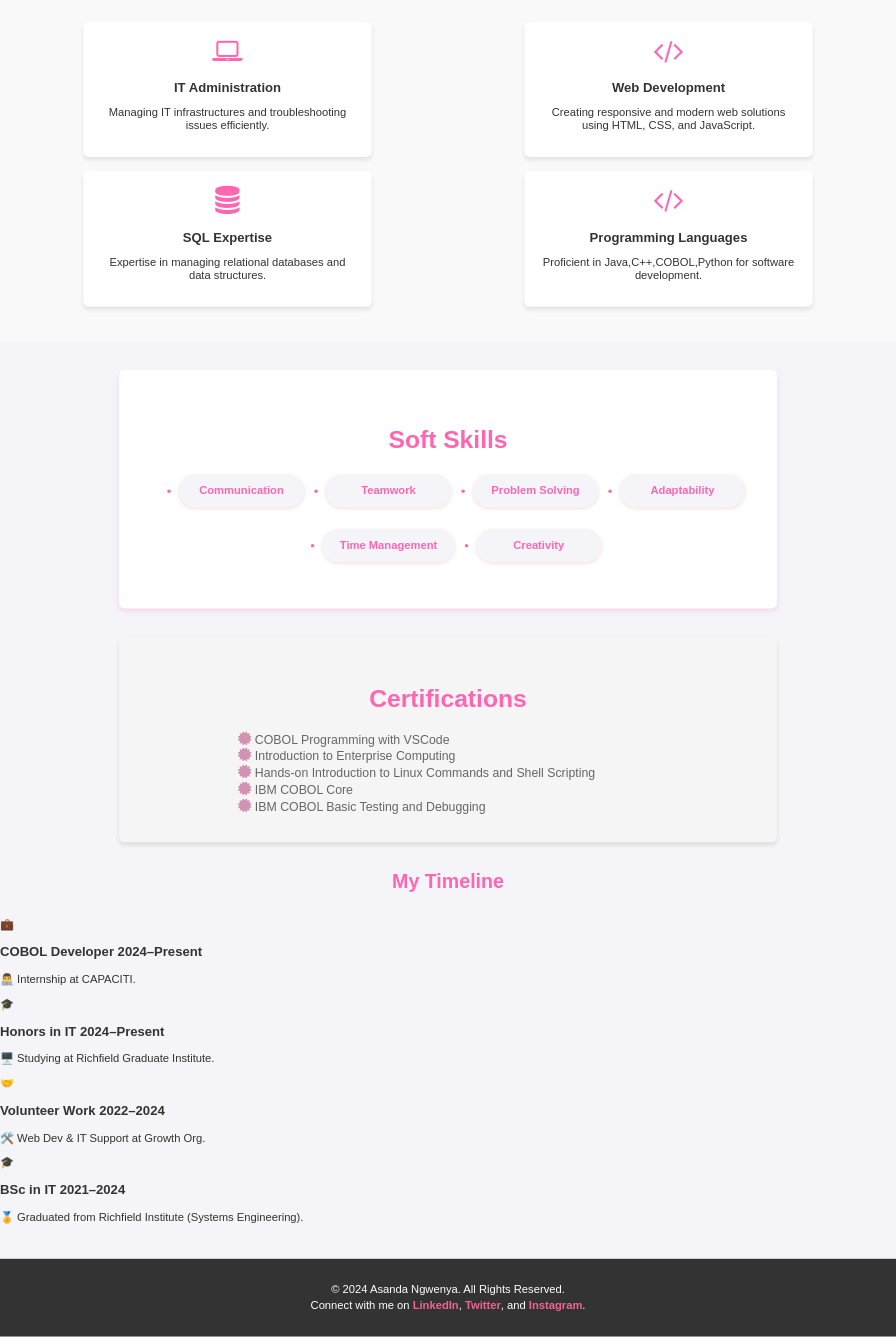
Repository: asandan8106/Asanda-sPortfolio
Page: Portfolio/About.html
An editor plug-in stored every save of this project. The page is shown before and after the next save, followed by the edit.
The browser window is 1280 px wide. The pictures show the part of the page from y = 985 to 2905 px (the page is 2895 px tall before and 2905 px after), at 70% of full size.

Above is the page before, as saved 2025-05-19 09:39:09.
Console error: ReferenceError: Typed is not defined

### Portfolio/About.html
<!DOCTYPE html>
<html lang="en">
<head>
    <meta charset="UTF-8">
    <meta name="viewport" content="width=device-width, initial-scale=1.0">
    <title>Portfolio - About</title>
    <link rel="stylesheet" href="https://cdnjs.cloudflare.com/ajax/libs/font-awesome/4.7.0/css/font-awesome.min.css">
       <link rel="stylesheet" href="styles/CSS/about.css" />
</head>
<body>
    <link href="https://fonts.googleapis.com/css2?family=Fira+Code&display=swap" rel="stylesheet">

    <!-- Navigation Bar -->
    <header>
        <nav class="navbar">
            <div class="icon-bar">
                <a href="index.html"><i class="fa fa-home"></i><span>Home</span></a>
                <a href="About.html"><i class="fa fa-user"></i><span>About</span></a>
                <a href="project.html"><i class="fa fa-folder"></i><span>Projects</span></a>
                <a href="contact.html"><i class="fa fa-envelope"></i><span>Contact</span></a>
                <a href="chatbot.html"><i class="fa fa-wechat"></i><span>Chatbot</span></a>
            </div>
        </nav>
    </header>


    <!-- Hero Section -->
    <section class="hero-section">
        <div class="text">
            <h1>Welcome to My About Page</h1>
            <p>Discover more about my journey, skills, and experiences as a dedicated IT professional.</p>
        </div>
        <img src="images/picture.webp" alt="Your Photo">
    </section>

    <!-- About Section -->
    <section class="about-section">
        <div class="content">
            <h2>Profile Summary</h2>
            <p>
               Technology has never been just a job for me—it’s a playground where I get to transform complex challenges into practical solutions that genuinely make life easier. I thrive on crafting systems that aren’t just efficient and reliable but intuitive enough to simplify the everyday for users. A recent project I’m proud of is a payroll system that effortlessly handles everything from salary calculations to tax deductions, freeing businesses from tedious manual work and helping them run smoother. I’m detail-driven but always keep the bigger picture in mind, making sure every piece fits perfectly together—solid in its foundation and seamless in its experience. After all, debugging is just like being a detective in a crime movie where you are also the murderer! It’s this balance that fuels my passion and keeps me motivated to create technology that truly makes a difference.


            </p>
        </div>
        <div class="highlights">
            <h2>Key Highlights</h2>
            <ul>
                <li><i class="fa fa-check-circle"></i>Turning tech headaches into smooth experiences..</li>
                <li><i class="fa fa-check-circle"></i> Built systems that actually make life easier (ask my payroll project)...</li>
                <li><i class="fa fa-check-circle"></i> Tech that works, not just looks good.</li>
            </ul>
        </div>
    </section>

    <!-- Skills Section -->
    <section class="skills-section">
        <h2>My Skills</h2>
        <div class="skills-container">
            <div class="skill-card">
                <div class="icon"><i class="fa fa-laptop"></i></div>
                <h3>IT Administration</h3>
                <p>Managing IT infrastructures and troubleshooting issues efficiently.</p>
            </div>
            <div class="skill-card">
                <div class="icon"><i class="fa fa-code"></i></div>
                <h3>Web Development</h3>
                <p>Creating responsive and modern web solutions using HTML, CSS, and JavaScript.</p>
            </div>
            <div class="skill-card">
                <div class="icon"><i class="fa fa-database"></i></div>
                <h3>SQL Expertise</h3>
                <p>Expertise in managing relational databases and data structures.</p>
            </div>
            <div class="skill-card">
                <div class="icon"><i class="fa fa-code"></i></div>
                <h3>Programming Languages</h3>
                <p>Proficient in Java,C++,COBOL,Python for software development.</p>
            </div>
        </div>
    </section>
<section class="soft-skills-section">
    <h2>Soft Skills</h2>
    <ul class="soft-skills-list">
        <li>Communication</li>
        <li>Teamwork</li>
        <li>Problem Solving</li>
        <li>Adaptability</li>
        <li>Time Management</li>
        <li>Creativity</li>
    </ul>
</section>

<section class="certification-section">
    <h2>Certifications</h2>
    <ul class="certification-list">
        <li><i class="fa fa-certificate"></i>
            <a href="https://www.credly.com/badges/4c66f79b-ba31-44de-8d69-b57a3cbdc68f/linked_in_profile" target="_blank" rel="noopener noreferrer">
                COBOL Programming with VSCode
            </a>
        </li>
        <li><i class="fa fa-certificate"></i>
            <a href="https://www.coursera.org/account/accomplishments/verify/8TMCOO9QFN47" target="_blank" rel="noopener noreferrer">
              Introduction to Enterprise Computing
            </a>
        </li>
        <li><i class="fa fa-certificate"></i>
            <a href="https://www.credly.com/badges/31d8a5a7-f87c-4acf-a509-039343c42ad2/linked_in_profile" target="_blank" rel="noopener noreferrer">
             Hands-on Introduction to Linux Commands and Shell Scripting
            </a>
        </li>
        <li><i class="fa fa-certificate"></i>
            <a href="https://www.coursera.org/account/accomplishments/verify/7HGLX49AV1LQ" target="_blank" rel="noopener noreferrer">
              IBM COBOL Core
            </a>
        </li>
         <li><i class="fa fa-certificate"></i>
            <a href="https://www.coursera.org/account/accomplishments/verify/7KDKOBWAL0O5" target="_blank" rel="noopener noreferrer">
             IBM COBOL Basic Testing and Debugging
            </a>
        </li>
    </ul>
</section>
<!-- <section class="timeline-section">
  <h2>My Timeline</h2>
  <div class="timeline-list">
    <div class="timeline-card">
      <div class="marker"></div>
      <div class="content">
        <h3>💼 COBOL Developer <span>2024–Present</span></h3>
        <p>👨‍💻 Began an internship @ CAPACITI.</p>
      </div>
    </div>

    <div class="timeline-card">
      <div class="marker"></div>
      <div class="content">
        <h3>🎓 Honors in IT <span>2024–Present</span></h3>
        <p>🖥️ Currently advancing my expertise through an Honors degree program focused on Information Technology.</p>
      </div>
    </div>

    <div class="timeline-card">
      <div class="marker"></div>
      <div class="content">
        <h3>🤝 Volunteered at Growth Org <span>2022–2024</span></h3>
        <p>🛠️ Contributed as a web developer and IT support, gaining practical experience in the field.</p>
      </div>
    </div>

    <div class="timeline-card">
      <div class="marker"></div>
      <div class="content">
        <h3>🎓 BSc in IT <span>2021–2024</span></h3>
        <p>🏅 Graduated with a degree from Richfield Institute, focusing on systems engineering and software development.</p>
      </div>
    </div>
  </div>
</section> -->


<section class="timeline-section steps-timeline">
  <h2>My Timeline</h2>
  <div class="timeline-container">

    <div class="timeline-step">
      <div class="icon">💼</div>
      <div class="line"></div>
      <div class="content">
        <h3>COBOL Developer <span>2024–Present</span></h3>
        <p>👨‍💻 Internship at CAPACITI.</p>
      </div>
    </div>

    <div class="timeline-step">
      <div class="icon">🎓</div>
      <div class="line"></div>
      <div class="content">
        <h3>Honors in IT <span>2024–Present</span></h3>
        <p>🖥️ Studying at Richfield Graduate Institute.</p>
      </div>
    </div>

    <div class="timeline-step">
      <div class="icon">🤝</div>
      <div class="line"></div>
      <div class="content">
        <h3>Volunteer Work <span>2022–2024</span></h3>
        <p>🛠️ Web Dev & IT Support at Growth Org.</p>
      </div>
    </div>

    <div class="timeline-step">
      <div class="icon">🎓</div>
      <div class="line none"></div>
      <div class="content">
        <h3>BSc in IT <span>2021–2024</span></h3>
        <p>🏅 Graduated from Richfield Institute (Systems Engineering).</p>
      </div>
    </div>

  </div>
</section>

    <button id="back-to-top" aria-label="Back to top">
    ↑
</button>


</section>
 <!-- Footer -->
    <footer>
        <p>&copy; 2024 Asanda Ngwenya. All Rights Reserved.</p>
        <p>Connect with me on
            <a href="https://www.linkedin.com/" target="_blank">LinkedIn</a>,
            <a href="https://twitter.com/" target="_blank">Twitter</a>, and
            <a href="https://www.instagram.com/" target="_blank">Instagram</a>.
        </p>
    </footer>
        <script src="Javascript/animation.js"></script>
</body>
</html>

### Portfolio/styles/CSS/about.css
body {
    font-family: 'Arial', sans-serif;
    margin: 0;
    padding: 0;
    color: #333;
    background-color: #f4f4f9;
}

h1, h2 {
    color: #ff66b2;
}

a {
    text-decoration: none;
}

/* Navigation Bar */
.navbar {
    display: flex;
    justify-content: center;
    align-items: center;
    background: #fff;
    position: fixed;
    top: 0;
    width: 100%;
    height: 60px;
    z-index: 100;
    box-shadow: 0px 2px 10px rgba(0, 0, 0, 0.5);
}

.navbar .icon-bar {
    display: flex;
    gap: 25px;
}

.navbar .icon-bar a {
    text-decoration: none;
    color: rgba(0, 0, 0, 0.5);
    font-size: 18px;
    font-weight: bold;
    display: flex;
    align-items: center;
    transition: color 0.3s, background 0.3s;
    padding: 8px 15px;
    border-radius: 5px;
}

.navbar .icon-bar a i {
    margin-right: 8px;
}

.navbar .icon-bar a:hover {
    color: #d62828;
    background: rgba(255, 255, 255, 0.2);
}

.navbar .icon-bar a span {
    display: inline-block;
}

.navbar-right a:hover {
    color: #ff66b2;
}

/* Hero Section */
.hero-section {
    display: flex;
    justify-content: center;
    align-items: center;
    background: url('https://via.placeholder.com/1500x500') no-repeat center center/cover;
    color: white;
    padding: 100px 20px;
}

.hero-section .text {
    text-align: center;
    margin-right: 30px;
}

.hero-section h1 {
    font-size: 48px;
    margin-bottom: 20px;
    animation: fadeIn 1s ease-out;
}

.hero-section p {
    font-size: 20px;
    line-height: 1.6;
    max-width: 800px;
    margin: 0 auto;
    animation: fadeIn 1.5s ease-out;
    color: #333;
}

.hero-section img {
    border-radius: 50%;
    width: 150px;
    height: 150px;
    object-fit: cover;
    border: 4px solid #ff66b2;
}

/* About Section */
.about-section {
    display: flex;
    flex-wrap: wrap;
    justify-content: space-around;
    padding: 50px 20px;
    background-color: white;
    animation: fadeIn 2s ease-out;
}

.about-section .content, .about-section .highlights {
    flex: 1 1 45%;
    margin: 10px;
}

.about-section .content h2, .about-section .highlights h2 {
    margin-bottom: 20px;
}

.about-section .content p {
    color: #666;
    line-height: 1.8;
}

.about-section .highlights ul {
    list-style: none;
    padding: 0;
}

.about-section .highlights ul li {
    margin: 10px 0;
    color: #666;
}

.about-section .highlights ul li i {
    color: #ff66b2;
    margin-right: 10px;
}

/* Skills Section */
.skills-section {
    padding: 50px 20px;
    background-color: #f9f9f9;
    text-align: center;
}

.skills-section h2 {
    margin-bottom: 40px;
    animation: fadeIn 2s ease-out;
}

.skills-container {
    display: flex;
    justify-content: space-around;
    flex-wrap: wrap;
    gap: 20px;
}

.skill-card {
    background-color: white;
    padding: 20px;
    border-radius: 8px;
    box-shadow: 0 4px 6px rgba(0, 0, 0, 0.1);
    transition: transform 0.3s ease, box-shadow 0.3s ease;
    width: 30%;
    animation: fadeIn 2.5s ease-out;
}

.skill-card:hover {
    transform: translateY(-10px);
    box-shadow: 0 8px 15px rgba(0, 0, 0, 0.2);
}

.skill-card .icon {
    font-size: 40px;
    color: #ff66b2;
    margin-bottom: 15px;
    animation: iconBounce 1s infinite ease-in-out;
}

.skill-card h3 {
    margin-bottom: 10px;
}

/* Soft Skills Section */
.soft-skills-section {
    padding: 50px 20px;
    background-color: #fff;
    max-width: 900px;
    margin: 40px auto;
    border-radius: 8px;
    box-shadow: 0 4px 8px rgba(255, 102, 178, 0.2);
    color: #333;
    text-align: center;
}

.soft-skills-section h2 {
    color: #ff66b2;
    font-size: 2.2rem;
    margin-bottom: 30px;
    font-weight: bold;
    font-family: 'Arial', sans-serif;
}

.soft-skills-list {
    display: flex;
    flex-wrap: wrap;
    justify-content: center;
    gap: 30px;
}

.soft-skills-list li {
    background-color: #f4f4f9;
    padding: 15px 25px;
    border-radius: 25px;
    font-weight: 600;
    color: #ff66b2;
    box-shadow: 0 2px 5px rgba(214, 40, 40, 0.15);
    min-width: 130px;
    transition: background-color 0.3s ease, color 0.3s ease;
    cursor: default;
}

.soft-skills-list li:hover {
    background-color: #ff66b2;
    color: white;
    box-shadow: 0 4px 12px rgba(255, 102, 178, 0.6);
}

/* Certification Section */
.certification-section {
    padding: 40px 20px;
    background-color: #f5f5f5;
    color: #333;
    max-width: 900px;
    margin: 40px auto;
    border-radius: 8px;
    box-shadow: 0 4px 6px rgba(0, 0, 0, 0.1);
}

.certification-section h2 {
    text-align: center;
    margin-bottom: 25px;
    color: #ff66b2;
    font-size: 2.2rem;
    font-weight: bold;
    font-family: 'Arial', sans-serif;
}

.certification-list {
    list-style: none;
    padding-left: 0;
    font-size: 1.1rem;
    max-width: 600px;
    margin: 0 auto;
}

.certification-list li i {
    color: #d193b2;
    font-size: 1.4rem;
}

.certification-list a {
    color: #666;
    text-decoration: none;
    font-weight: 500;
    transition: color 0.3s ease;
}

/* Timeline Section */
..steps-timeline {
  max-width: 600px;
  margin: 50px auto;
  font-family: Arial, sans-serif;
  color: #333;
  padding: 0 15px;
}

.steps-timeline h2 {
  text-align: center;
  color: #ff66b2;
  font-size: 28px;
  margin-bottom: 35px;
  font-weight: 700;
}

/* Timeline steps container */
.timeline-compact {
  list-style: none;
  counter-reset: step-counter;
  padding-left: 0;
}

/* Each step item */
.timeline-compact li {
  position: relative;
  padding-left: 50px;
  margin-bottom: 35px;
  border-left: 3px solid #ff66b2;
}

/* Number circle */
.timeline-compact li::before {
  counter-increment: step-counter;
  content: counter(step-counter);
  position: absolute;
  left: -15px;
  top: 0;
  background: #ff66b2;
  color: white;
  width: 30px;
  height: 30px;
  line-height: 30px;
  border-radius: 50%;
  font-weight: 700;
  font-size: 16px;
  text-align: center;
  box-shadow: 0 0 6px #ff66b2aa;
}

/* Step title */
.timeline-compact li h3 {
  margin: 0 0 8px 0;
  font-weight: 700;
  color: #d81e5b;
}

/* Date */
.timeline-compact li span {
  font-size: 13px;
  font-style: italic;
  color: #4caf50;
  float: right;
}

/* Description */
.timeline-compact li p {
  margin: 0;
  color: #555;
  font-size: 14px;
  line-height: 1.4;
}



/* Footer */
footer {
    background-color: #333;
    color: white;
    padding: 30px 20px;
    text-align: center;
    margin-top: 50px;
}

footer p {
    margin: 5px 0;
}

footer a {
    color: #f06292;
    text-decoration: none;
    font-weight: bold;
}

footer a:hover {
    text-decoration: underline;
}

/* Back to Top */
#back-to-top {
    position: fixed;
    bottom: 30px;
    right: 30px;
    background-color: #ff66b2;
    color: white;
    border: none;
    padding: 12px 16px;
    border-radius: 50%;
    font-size: 20px;
    cursor: pointer;
    box-shadow: 0 4px 8px rgba(255, 102, 178, 0.4);
    display: none;
    z-index: 200;
    transition: background-color 0.3s ease;
}

#back-to-top:hover {
    background-color: #d62828;
}

/* Animations */
@keyframes fadeIn {
    from {
        opacity: 0;
        transform: translateY(20px);
    }
    to {
        opacity: 1;
        transform: translateY(0);
    }
}

@keyframes slideIn {
    from {
        opacity: 0;
        transform: translateX(-100%);
    }
    to {
        opacity: 1;
        transform: translateX(0);
    }
}

@keyframes iconBounce {
    0%, 100% {
        transform: scale(1);
    }
    50% {
        transform: scale(1.2);
    }
}

### Portfolio/Javascript/animation.js
document.addEventListener("DOMContentLoaded", () => {
    const options = {
   strings: [
    "I am <span class='name'>Asanda</span> Ngwenya",
    "A Software <span class='name'>Developer</span>",
    "I turn caffeine<span class='name'> into</span> code",
    "And bugs <span class='name'>into </span> features",
    "Let's create <span class='name'>something  </span>  amazing together!"
],

        typeSpeed: 50,
        backSpeed: 50,
        backDelay: 2000,
        loop: true // Keeps looping through the phrases
    };

    new Typed(".typing-effect", options);
});

const backToTopButton = document.getElementById('back-to-top');

window.addEventListener('scroll', () => {
  if (window.scrollY > 300) {
    backToTopButton.style.display = 'block';
  } else {
    backToTopButton.style.display = 'none';
  }
});

backToTopButton.addEventListener('click', () => {
  window.scrollTo({ top: 0, behavior: 'smooth' });
});

const faders = document.querySelectorAll('.fade-in-section');

const appearOptions = {
  threshold: 0.1,
  rootMargin: "0px 0px -50px 0px"
};

const appearOnScroll = new IntersectionObserver((entries, appearOnScroll) => {
  entries.forEach(entry => {
    if (entry.isIntersecting) {
      entry.target.classList.add('is-visible');
      appearOnScroll.unobserve(entry.target);
    }
  });
}, appearOptions);

faders.forEach(fader => {
  appearOnScroll.observe(fader);
});

After the next save:
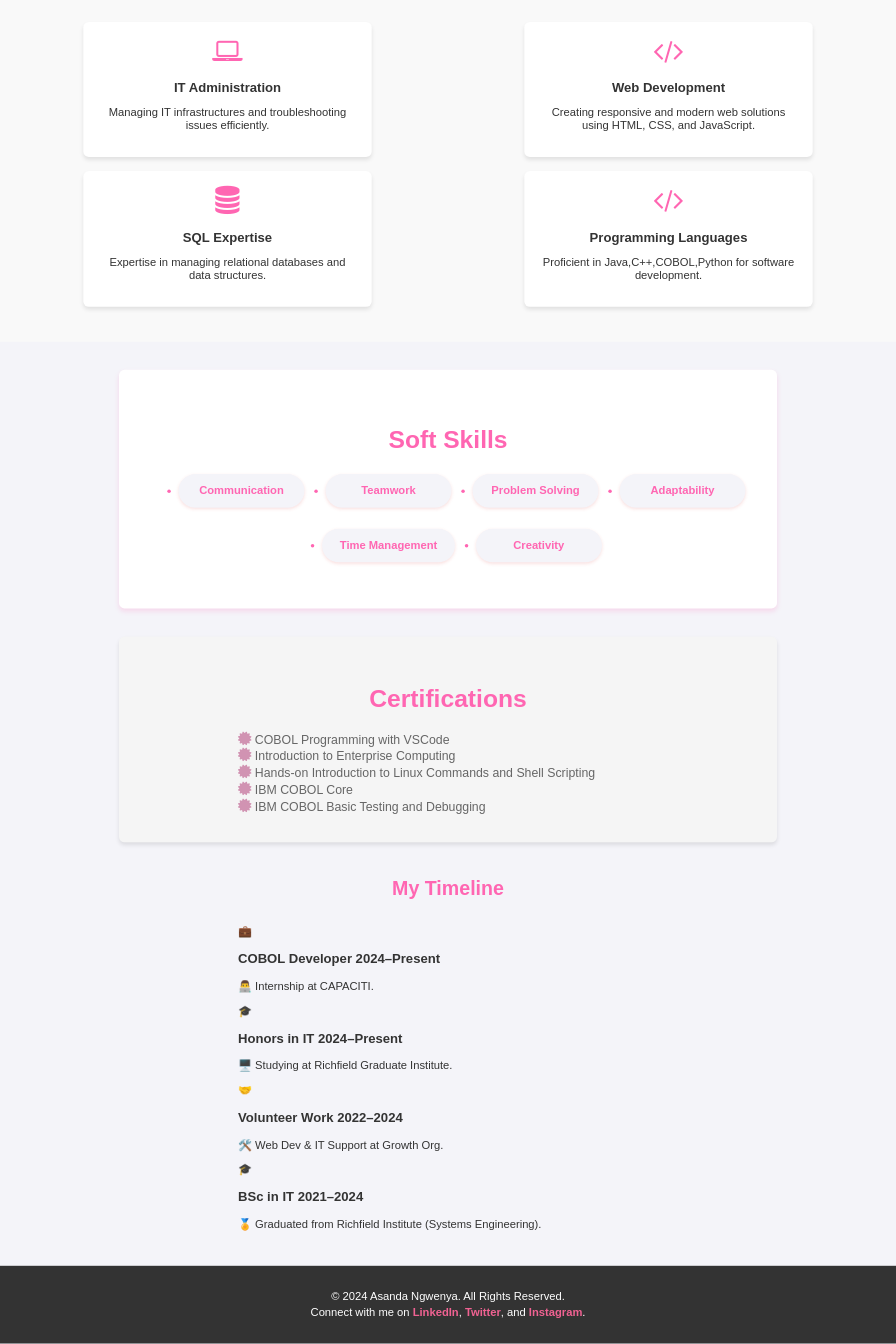
Saved 6 s later.
--- a/Portfolio/styles/CSS/about.css
+++ b/Portfolio/styles/CSS/about.css
@@ -270,7 +270,7 @@ a {
 }
 
 /* Timeline Section */
-..steps-timeline {
+.steps-timeline {
   max-width: 600px;
   margin: 50px auto;
   font-family: Arial, sans-serif;
